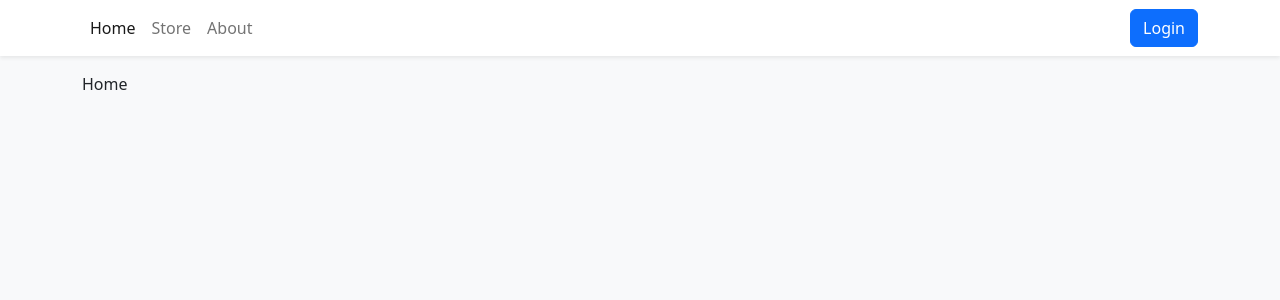
Repository: MoNasr2022/shopping-cart
Page: /
These files come from the project's save history. The page is drawn as it stood at one moment and after a run of saves; the edit follows.
The browser window is 1280 px wide. The pictures show the whole page.
The project was rebuilt for these pictures with package versions that can differ from the ones it lists, and the page was loaded fresh each time. Also part of the build but not shown: vite.config.ts, src/pages/Store.tsx, src/pages/About.tsx.

Above is the page before, as saved 2023-04-17 01:28:30.

After the next 2 saves:
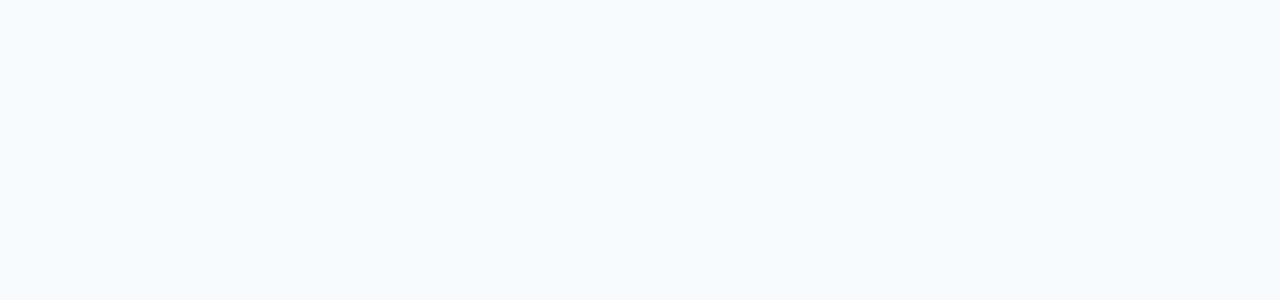
Console error: ReferenceError: Button is not defined
The 2 saves are shown as one change because they came seconds apart.
The last was saved 24 s later.
--- a/src/components/Navbar.tsx
+++ b/src/components/Navbar.tsx
@@ -14,7 +14,7 @@
                   <Nav.Link as={NavLink} to="/about" > About</Nav.Link>
 
               </Nav>
-              <button className="btn btn-primary">Login</button>
+              <Button className="btn btn-primary">Login</Button>
       </Container>
     </NavbarB>
   );

After the 3 saves that followed:
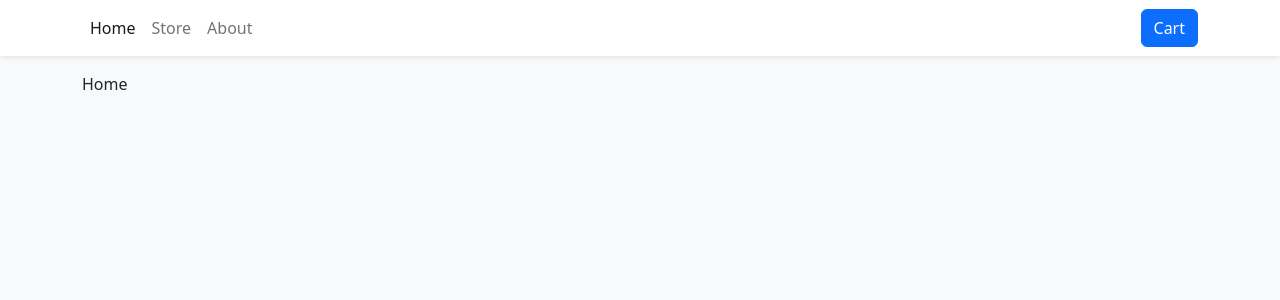
The error is gone.
The 3 saves are shown as one change because 2 left the picture as it was.
The last was saved 16 s later.
--- a/src/components/Navbar.tsx
+++ b/src/components/Navbar.tsx
@@ -1,5 +1,5 @@
 import { Navbar as NavbarB } from "react-bootstrap";
-import { Container, Nav } from "react-bootstrap";
+import { Container, Nav,Button } from "react-bootstrap";
 import { NavLink } from "react-router-dom";
 
 
@@ -14,7 +14,7 @@
                   <Nav.Link as={NavLink} to="/about" > About</Nav.Link>
 
               </Nav>
-              <Button className="btn btn-primary">Login</Button>
+              <Button className="btn btn-primary">Cart</Button>
       </Container>
     </NavbarB>
   );
